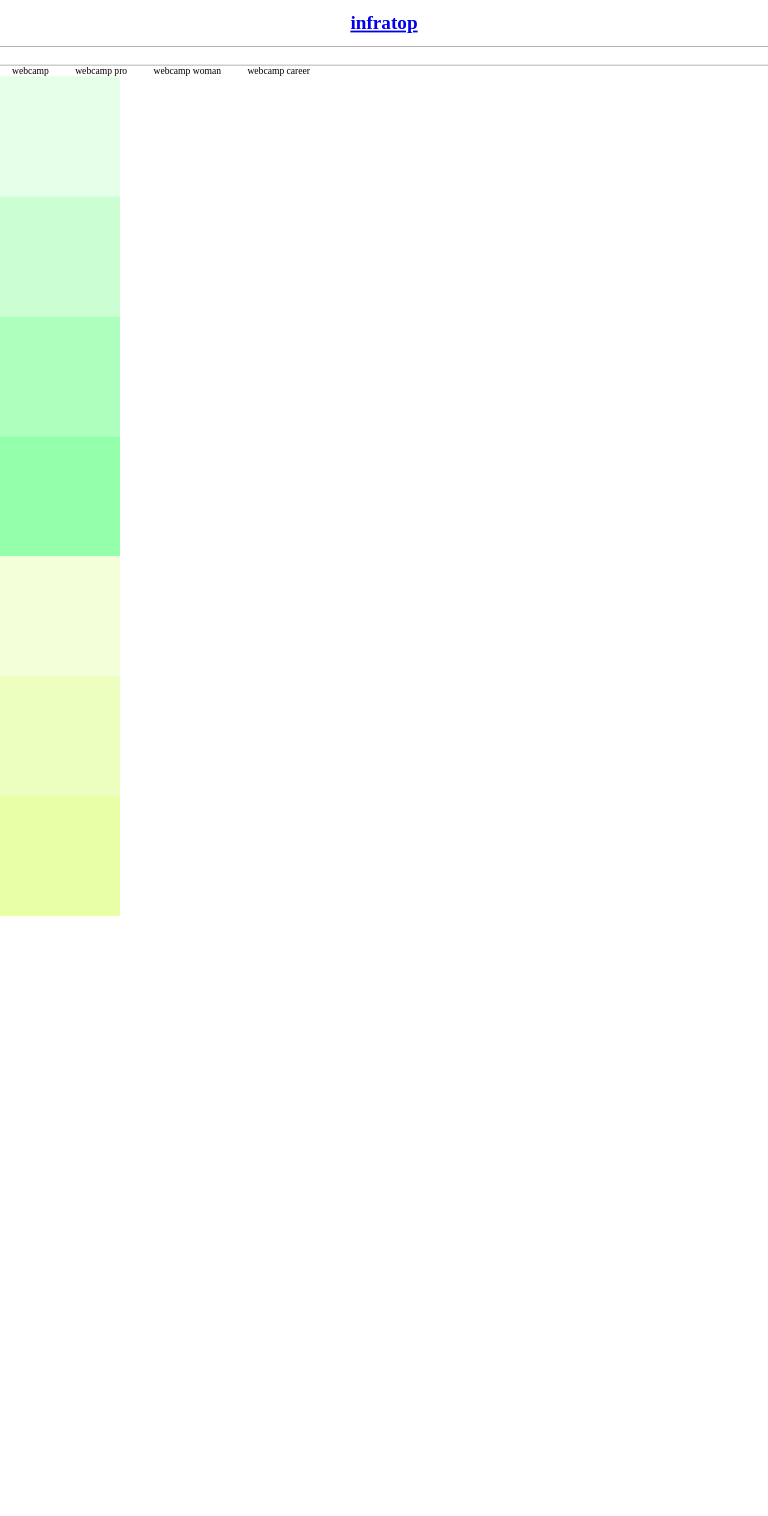
Repository: NANAKUNITA/chapter10
Page: chapter5/chapter5.html
The author's editor kept a record of every edit. The page is drawn from the files as they stood at one moment, then again after the next edit.
The browser window is 1280 px wide. The pictures show the whole page, at 60% of full size.

Above is the page before.

### chapter5/chapter5.html
<!DOCCTYPE html>
<html lang="ja">
  <head>
    <meta charset="UTF-8"/>
    <link rel="stylesheet" href="chapter5.css">
    <title>infratop</title>
  </head>

  <body>
    <header>
      <h1 class="header">
        <a href="chapter5.html">
          infratop
        </a>
      </h1>
    </header>

    <nav>
      <ul class="nav-list"></ul>
        <li class="nav-list-item">webcamp</li>
        <li class="nav-list-item">webcamp pro</li>
        <li class="nav-list-item">webcamp woman</li>
        <li class="nav-list-item">webcamp career</li>
    </nav>

   <div class="box1"></div>
   <div class="box2"></div>
   <div class="box3"></div>
   <div class="box4"></div>
   <div class="box5"></div>
   <div class="box6"></div>
   <div class="box7"></div>
   <div class="box8"></div>
   <div class="box9"></div>
   <div class="box10"></div>
   <div class="box11"></div>
   <div class="box12"></div>
  </body>
</html>

### chapter5/chapter5.css
*{
  margin: 0;
  padding: 0;
  box-sizing: border-box;
}

header{
  width:100%;
  padding:20px 0;
  text-align:center;
}

.nav-list{
  text-align:center;
  padding:15px 0;
  margin:0 auto;
  border-bottom:1px solid #848282;
  border-top:1px solid #848282;
}

.nav-list-item{
  list-style:none;
  display:inline-block;
  margin:0 20px;
}

.main{
  width:800px;
 margin:50px auto;
 display: flex;
 flex-wrap: wrap;
}

.box1{
  width: 200px;
  height: 200px;
  background-color: #e6ffe9;
}

.box2{
  width: 200px;
  height: 200px;
  background-color: #cbffd3;
}

.box3{
  width: 200px;
  height: 200px;
  background-color: #aeffbd;
}

.box4{
  width: 200px;
  height: 200px;
  background-color: #93ffab;
}

.box5{
  width: 200px;
  height: 200px;
  background-color: #f3ffd8;
}

.box6{
  width: 200px;
  height: 200px;
  background-color: #edffbe;
}

.box7{
  width: 200px;
  height: 200px;
  background-color: #e9ffa5;
}

.box8{
  width: 200px;
  height: 200px;
  background-color: ;
}

.box9{
  width: 200px;
  height: 200px;
  background-color: ;
}

.box10{
  width: 200px;
  height: 200px;
  background-color: ;
}

.box11{
  width: 200px;
  height: 200px;
  background-color: ;
}

.box12{
  width: 200px;
  height: 200px;
  background-color: ;
}

After the next edit:
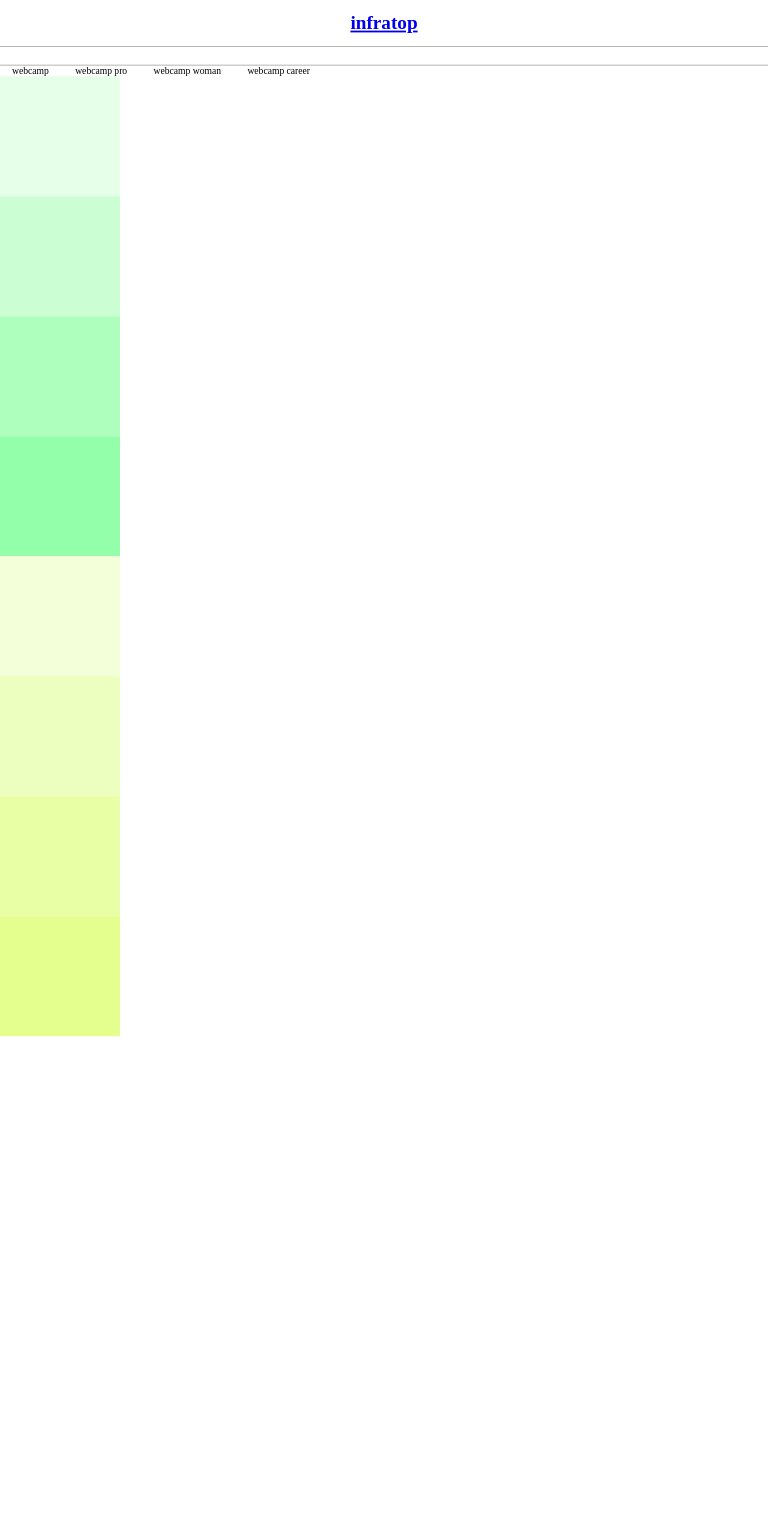
The edit:
--- a/chapter5/chapter5.css
+++ b/chapter5/chapter5.css
@@ -76,7 +76,7 @@
 .box8{
   width: 200px;
   height: 200px;
-  background-color: ;
+  background-color: #e4ff8d;
 }
 
 .box9{
